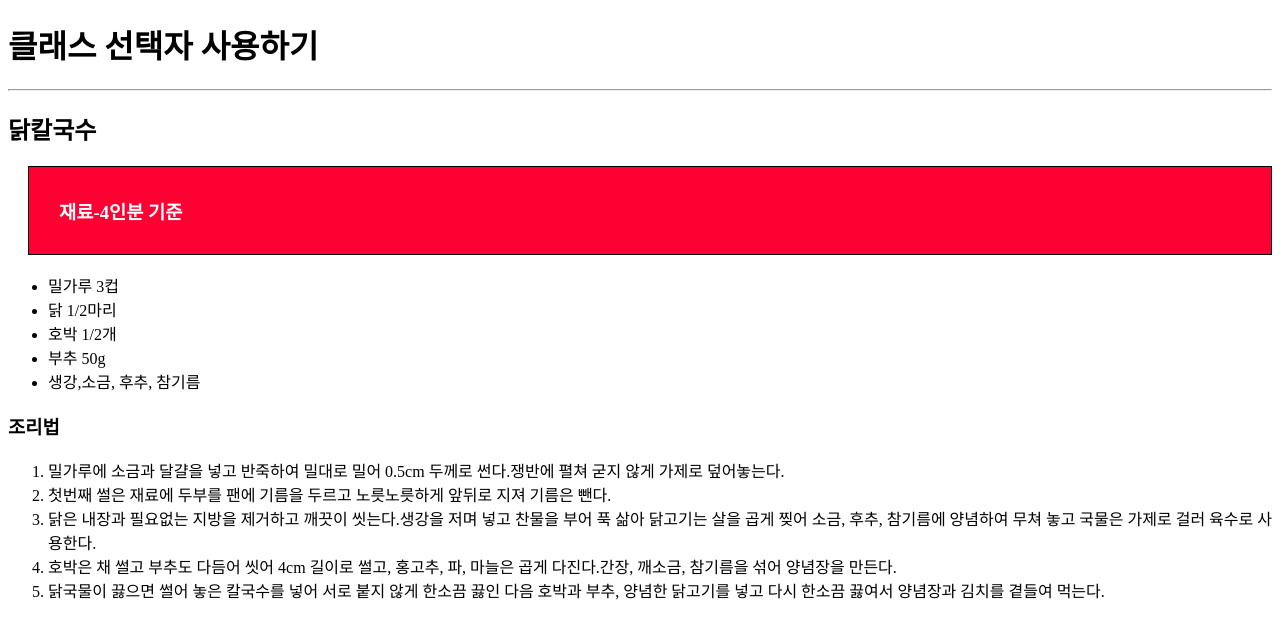
Repository: song-bean/Web_song
Page: 02_CSS/src/main/webapp/chapter02/unit02_01_class_before.html
The author's editor kept a copy of each file at every save. The page is drawn from the files as they stood at one save, then again after the next save.
The browser window is 1280 px wide. The pictures show the whole page.

Above is the page before, as saved 2023-02-23 00:28:32.

### 02_CSS/src/main/webapp/chapter02/unit02_01_class_before.html
<!DOCTYPE HTML>
<html>
	<head>
		<title>클래스 선택자 사용하기</title>
		<meta charset="UTF-8" />
		<style type="text/css">
			.cook1{
				background-color:#f03;
				color:#fff;
				padding:30px;
				border:1px solid #000;
				margin-left:20px;
			}
		</style>
	</head>

	<body>
		<h1>클래스 선택자 사용하기</h1>
		<hr />
		<h2>닭칼국수</h2>
		<h3 class="cook1">재료-4인분 기준</h3>
		<ul>
			<li>밀가루 3컵</li>
			<li>닭 1/2마리 </li>
			<li>호박 1/2개 </li>
			<li>부추 50g</li>
			<li>생강,소금, 후추, 참기름</li>
		</ul>
		<h3 class="cook2">조리법</h3>
		<ol>
			<li>밀가루에 소금과 달걀을 넣고 반죽하여 밀대로 밀어 0.5cm 두께로 썬다.쟁반에 펼쳐 굳지 않게 가제로 덮어놓는다. </li>
			<li>첫번째 썰은 재료에 두부를 팬에 기름을 두르고 노릇노릇하게 앞뒤로 지져 기름은 뺀다. </li>
			<li>닭은 내장과 필요없는 지방을 제거하고 깨끗이 씻는다.생강을 저며 넣고 찬물을 부어 푹 삶아 닭고기는 살을 곱게 찢어 소금, 후추, 참기름에 양념하여 무쳐 놓고 국물은 가제로 걸러 육수로 사용한다. </li>
			<li>호박은 채 썰고 부추도 다듬어 씻어 4cm 길이로 썰고, 홍고추, 파, 마늘은 곱게 다진다.간장, 깨소금, 참기름을 섞어 양념장을 만든다. </li>
			<li>닭국물이 끓으면 썰어 놓은 칼국수를 넣어 서로 붙지 않게 한소끔 끓인 다음 호박과 부추, 양념한 닭고기를 넣고 다시 한소끔 끓여서 양념장과 김치를 곁들여 먹는다.</li>
		</ol>
	</body>
</html>

After the next save:
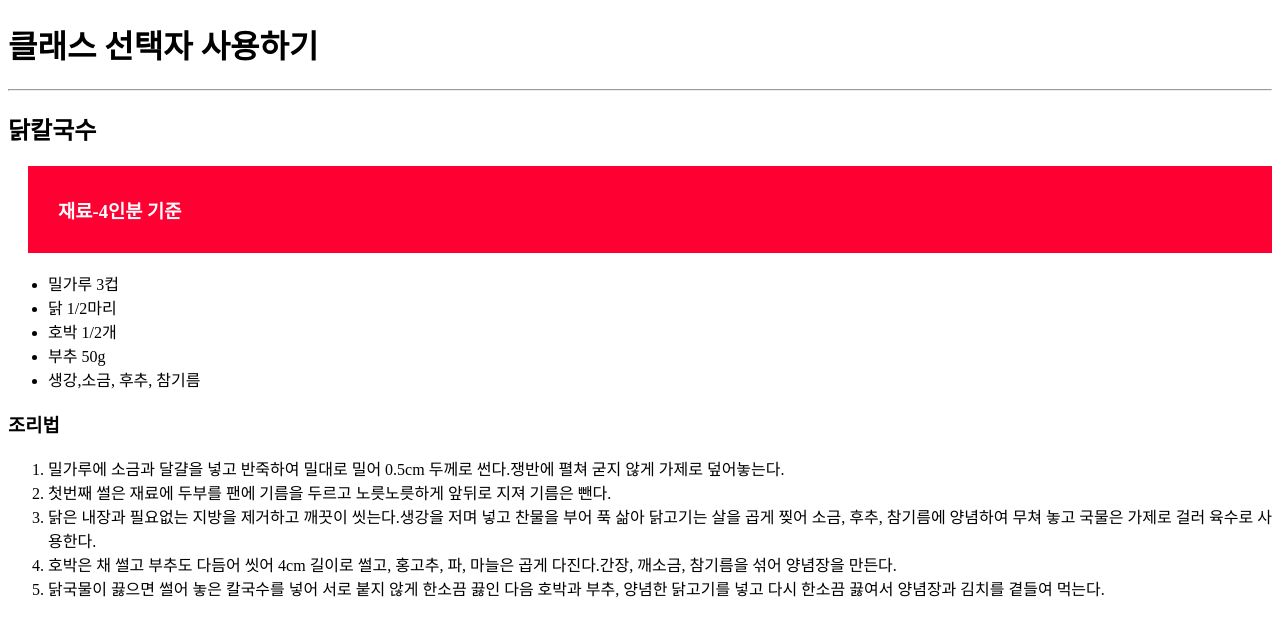
Saved 87 s later.
--- a/02_CSS/src/main/webapp/chapter02/unit02_01_class_before.html
+++ b/02_CSS/src/main/webapp/chapter02/unit02_01_class_before.html
@@ -8,7 +8,7 @@
 				background-color:#f03;
 				color:#fff;
 				padding:30px;
-				border:1px solid #000;
+				border:1px aqua #000;
 				margin-left:20px;
 			}
 		</style>

After the save that followed:
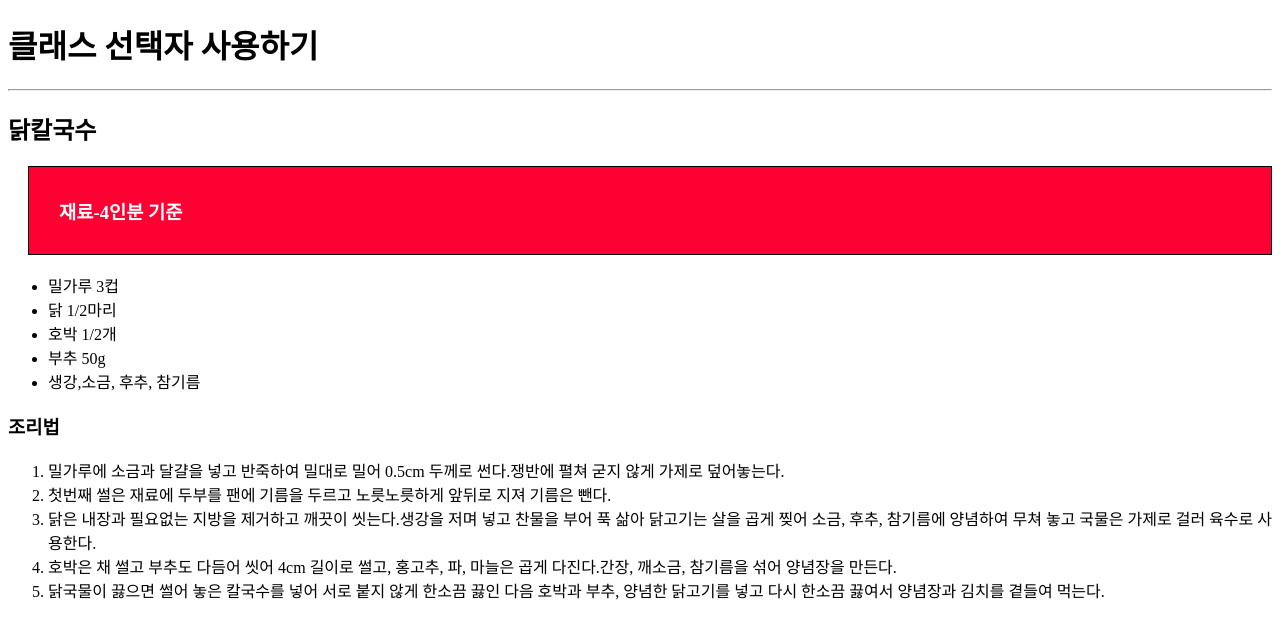
Saved 13 s later.
--- a/02_CSS/src/main/webapp/chapter02/unit02_01_class_before.html
+++ b/02_CSS/src/main/webapp/chapter02/unit02_01_class_before.html
@@ -8,7 +8,7 @@
 				background-color:#f03;
 				color:#fff;
 				padding:30px;
-				border:1px aqua #000;
+				border:1px solid #000;
 				margin-left:20px;
 			}
 		</style>
